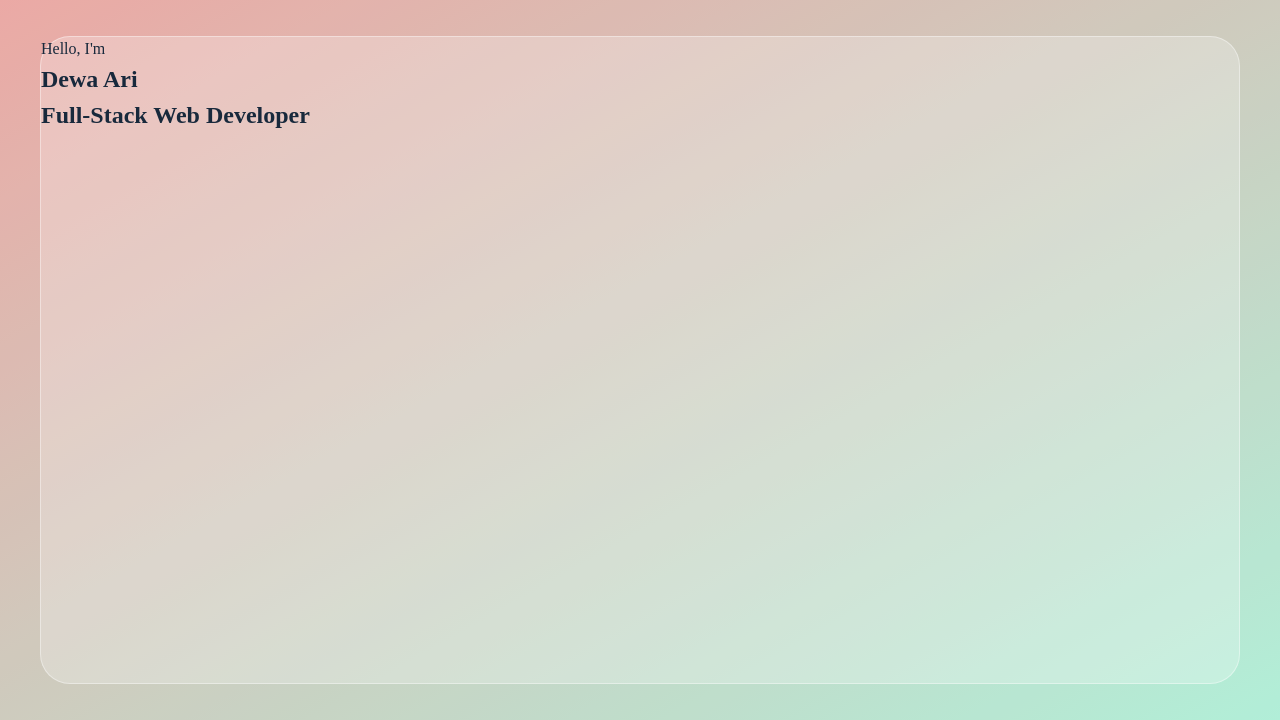
Repository: dewaary/Glassmorp-me
Page: index.html
The author's editor kept a copy of each file at every save. The page is drawn from the files as they stood at one save, then again after the next save.
The browser window is 1280 px wide. The pictures show the whole page.

Above is the page before, as saved 2021-05-12 22:03:31.

After the next save:
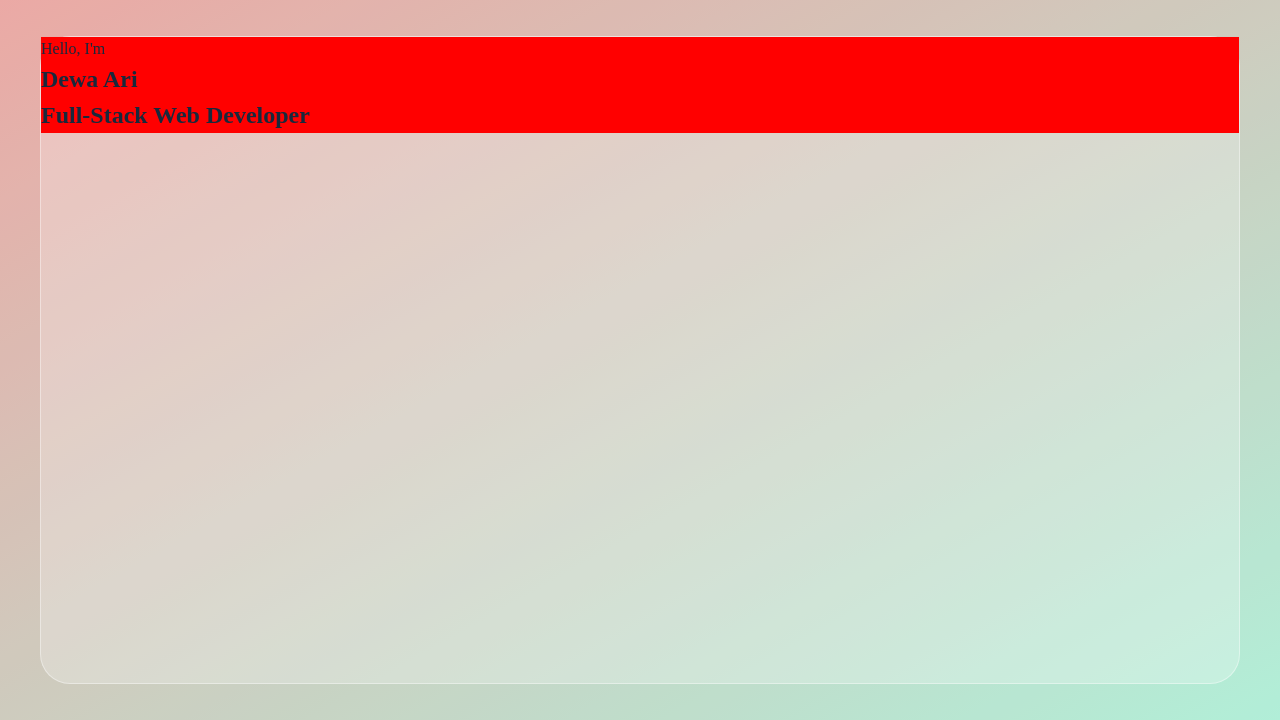
Saved 78 s later.
--- a/style.css
+++ b/style.css
@@ -60,3 +60,7 @@ section {
     max-width: 1200px;
     margin: auto;
 }
+
+.container {
+    background-color: red;
+}
